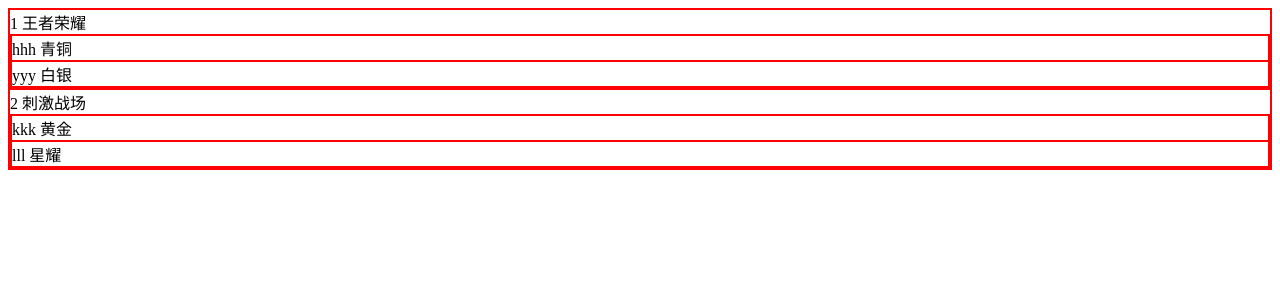
Repository: eheihaha2/whoisthespy-
Page: webDemo/WebContent/test3.html
These files come from the project's save history. The page is drawn as it stood at one moment and after the next save; the edit follows.
The browser window is 1280 px wide. The pictures show the whole page.
The page's requests for data from a server got no answer.

Above is the page before, as saved 2020-02-22 10:32:32.

### webDemo/WebContent/test3.html
<!DOCTYPE html>
<html>
<head>
<meta charset="UTF-8">
<title>Insert title here</title>
<script type="text/javascript" src="js/jquery-1.11.0.min.js"></script>
<style type="text/css">
	div{
		border:1px solid red;
		magin-top:10px;
	}
</style>
</head>
<body>
	<div id = "main">
		<div class = "room">
			<span class="roomId">1</span>
			<span class="roomName">王者荣耀</span>
			<div class="userList">
				<div class="user">
					<span class="userName">hhh</span>
					<span class="userLeverl">青铜</span>
				</div>
				<div class="user">
					<span class="userName">yyy</span>
					<span class="userLevel">白银</span>
				</div>
			</div>
	</div>

		<div class = "room">
			<span class="roomId">2</span>
			<span class="roomName">刺激战场</span>
			<div class="userList">
				<div class="user">
					<span class="userName">kkk</span>
					<span class="userLeverl">黄金</span>
				</div>
				<div class="user">
				<span class="userName">lll</span>
				<span class="userLevel">星耀</span>
				</div>
			</div>
		</div>
	</div>
</body>
<script type="text/javascript">
    $.ajax({
      url:"RoomServlet",
      type:"POST",
      dataType:"json",
      /* success:function(data) {
    	  console.log(data);
 		//渲染界面
 		var roomDiv =$(".room").clone();
 		$.each(data,function(index,item){
 			console.log(item.roomName);
 			roomDiv.find(".roomName").text(item.roomName);
 			roomDiv.find("roomId").text(roomDiv.find(".roomId").text()+item.roomId);

 			$.each(item.userList,function(index,userItem){
 				console.log(userItem.name);
 				roomDiv.find(".userId").text(roomDiv.find(".userId").text()+userItem)
 				roomDiv.find(".userName").text(roomDiv,find(",userName")).text()+userItem
 			})
 			$("#main").append(roomDiv);
 		})
      } */
      success:function(data){
    	  for(var i=0;i<data.length;i++){
    		  $("body").append(Room(data[i].roomId,data[i].readyNum,data[i].maxNum,User(data[i].userList)))
    	  }
      }
     })
    </script>
</html>

Loaded but not shown: webDemo/WebContent/js/jquery-1.11.0.min.js (library)

After the next save:
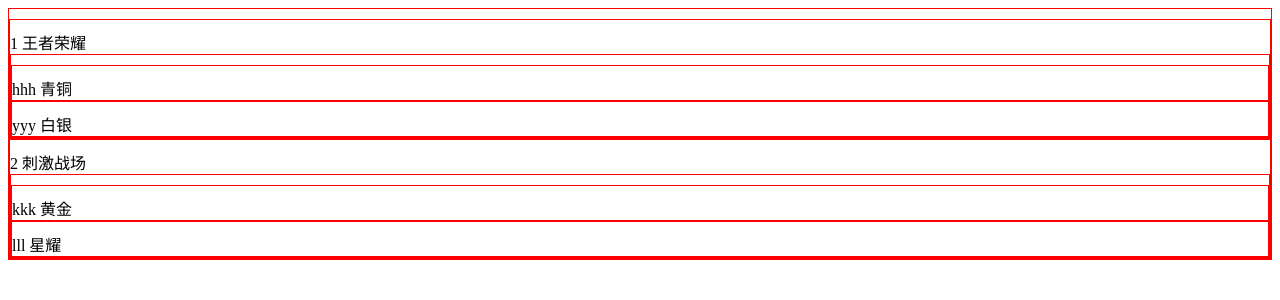
Saved 24 s later.
--- a/webDemo/WebContent/test3.html
+++ b/webDemo/WebContent/test3.html
@@ -7,7 +7,7 @@
 <style type="text/css">
 	div{
 		border:1px solid red;
-		magin-top:10px;
+		padding-top:10px;
 	}
 </style>
 </head>

After the 2 saves that followed:
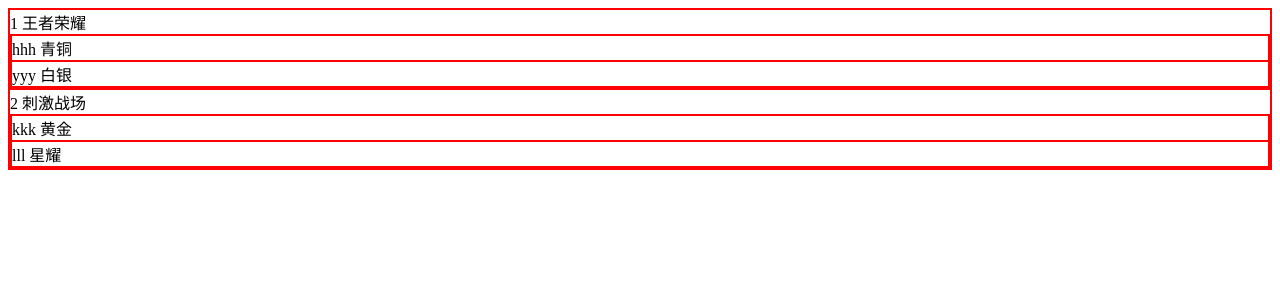
The 2 saves are shown as one change because 1 left the picture as it was.
The last was saved 109 s later.
--- a/webDemo/WebContent/test3.html
+++ b/webDemo/WebContent/test3.html
@@ -5,9 +5,9 @@
 <title>Insert title here</title>
 <script type="text/javascript" src="js/jquery-1.11.0.min.js"></script>
 <style type="text/css">
-	div{
+	body div{
 		border:1px solid red;
-		padding-top:10px;
+		magin-top:10px;
 	}
 </style>
 </head>
